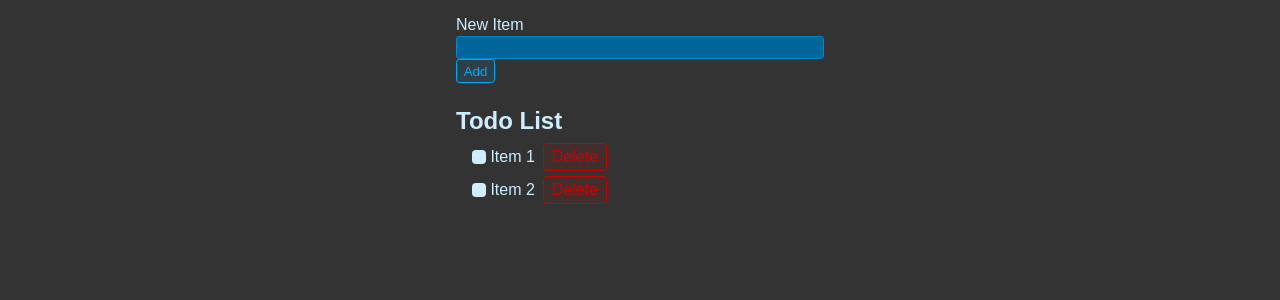
Repository: lvcg/react-todo-list-app
Page: /
The author's editor kept a copy of each file at every save. The page is drawn from the files as they stood at one save, then again after a run of saves.
The browser window is 1280 px wide. The pictures show the whole page.
The project was rebuilt for these pictures with package versions that can differ from the ones it lists, and the page was loaded fresh each time. Also part of the build but not shown: vite.config.js.

Above is the page before, as saved 2024-02-23 13:54:51.

After the next 11 saves:
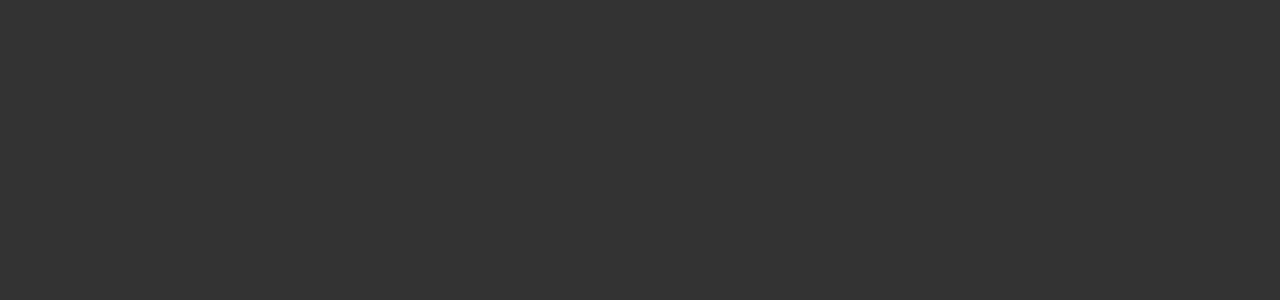
Console error (its wording comes from the project's code and is left out).
The 11 saves are shown as one change because 3 did not build or start and some came seconds apart.
The last was saved 3 min 5 s later.
--- a/src/App.jsx
+++ b/src/App.jsx
@@ -3,6 +3,7 @@
 
 export default function App () {
   const [newItem, setNewItem] = useState("")
+  const [todos, setTodos] = useState
   return (
   <>
   <form className="new-item-form">

After the 2 saves that followed:
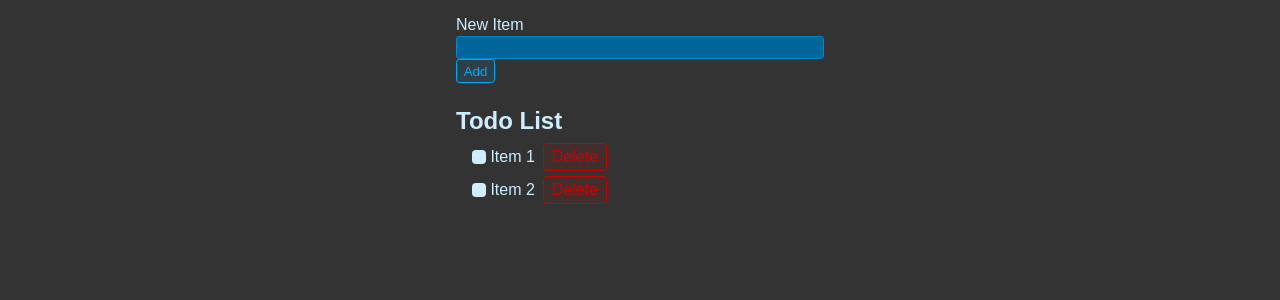
The error is gone.
The 2 saves are shown as one change because they came seconds apart.
The last was saved 5 s later.
--- a/src/App.jsx
+++ b/src/App.jsx
@@ -3,7 +3,7 @@
 
 export default function App () {
   const [newItem, setNewItem] = useState("")
-  const [todos, setTodos] = useState
+  const [todos, setTodos] = useState([])
   return (
   <>
   <form className="new-item-form">
